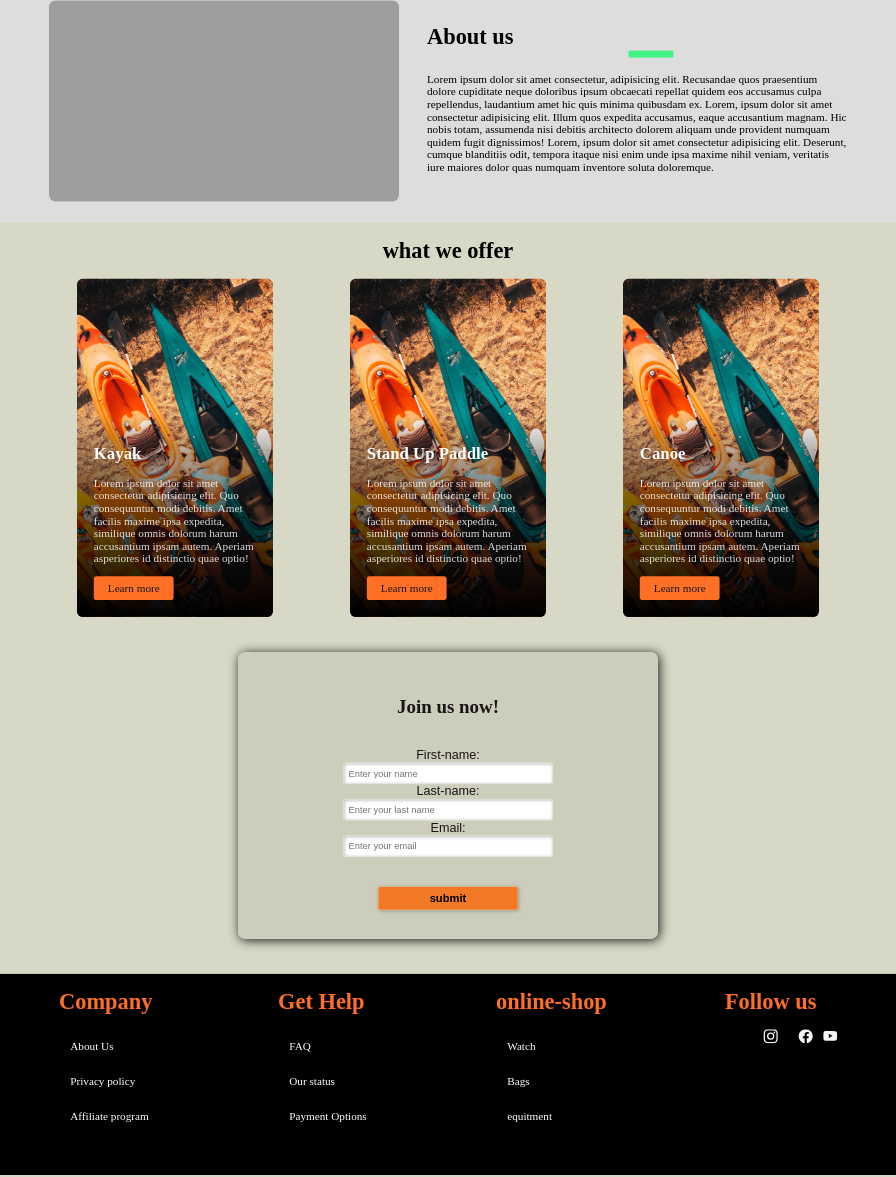
Repository: joseluis2289/Responsive-club-website
Page: index.html
The author's editor kept a copy of each file at every save. The page is drawn from the files as they stood at one save, then again after the next save.
The browser window is 1280 px wide. The pictures show the part of the page from y = 1015 to 2935 px (the page is 2696 px tall before and 2935 px after), at 70% of full size.
Pictures or frames that could not be fetched are drawn as grey boxes. Some web fonts or font styles are not loaded; a fallback is used.

Above is the page before, as saved 2021-08-25 00:38:42.

After the next save:
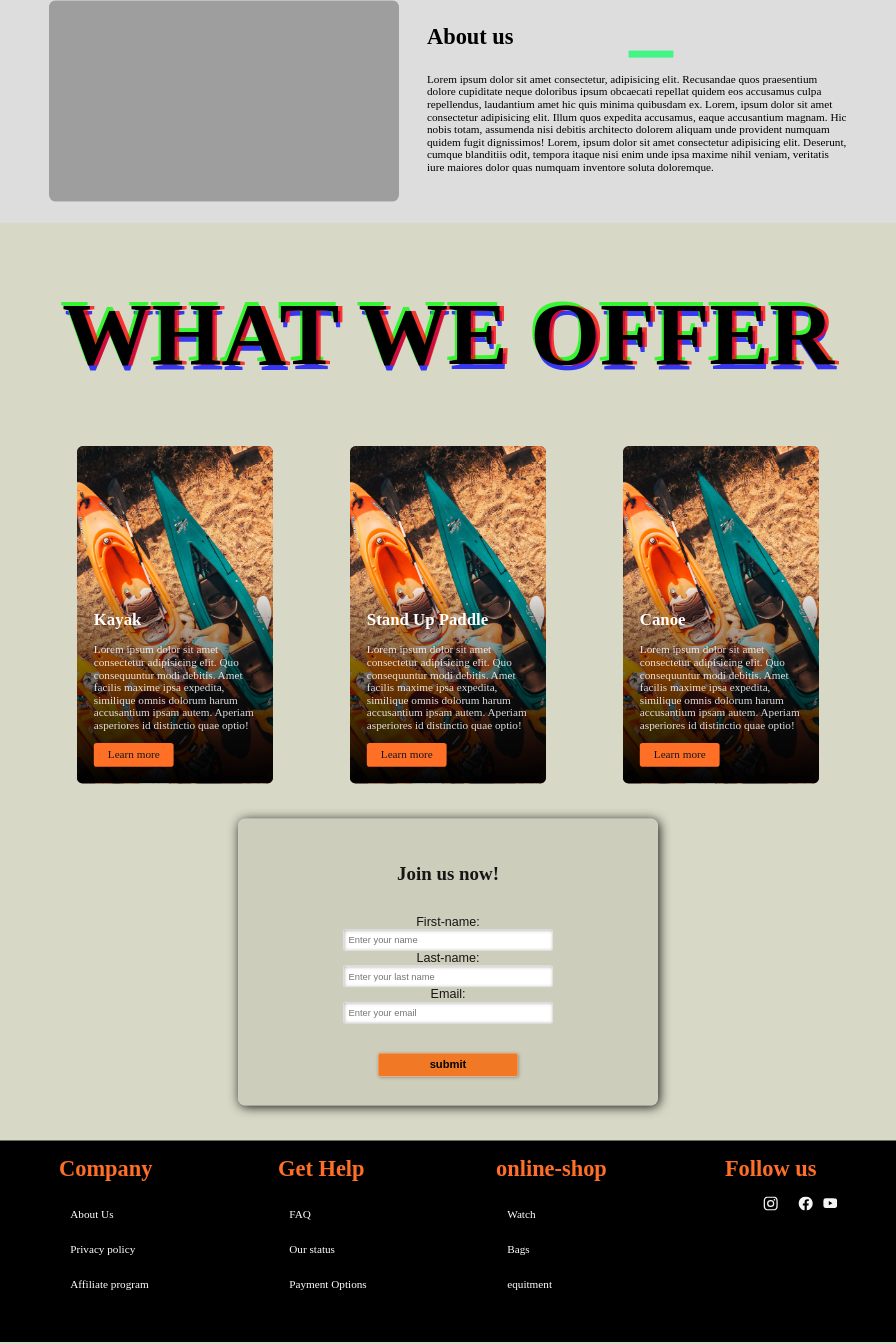
Saved 9 h 20 min later.
--- a/style.css
+++ b/style.css
@@ -223,6 +223,46 @@ position: relative;
 .tittle-what-we-offer{
     text-align: center;
     font-family: 'Rampart One', cursive;
+    font-size: 8rem;
+    text-transform: uppercase;
+
+    text-shadow: 0.05em 0 0 rgba(255, 0,0, 0.75),
+    -0.025em -0.05em 0 rgba(0, 255, 0, 0.75),
+    0.025em 0.05em 0 rgba(0, 0, 255, 0.75);
+    animation: glitch 500ms infinite;
+}
+
+@keyframes glitch {
+    0%{
+        text-shadow: 0.05em 0 0 rgba(255, 0,0, 0.75),
+        -0.025em -0.05em 0 rgba(0, 255, 0, 0.75),
+        0.025em 0.05em 0 rgba(0, 0, 255, 0.75);
+    }
+    15%{
+        text-shadow: 0.05em 0 0 rgba(255, 0,0, 0.75),
+        -0.025em -0.05em 0 rgba(0, 255, 0, 0.75),
+        0.025em 0.05em 0 rgba(0, 0, 255, 0.75);
+    }
+    16%{
+        text-shadow: -0.05em -0.025 rgba(255, 0,0, 0.75),
+        0.025em 0.05em 0 rgba(0, 255, 0, 0.75),
+        -0.05em 0.05em 0 rgba(0, 0, 255, 0.75);
+    }
+    49%{
+        text-shadow: -0.05em -0.025 rgba(255, 0,0, 0.75),
+        0.025em 0.05em 0 rgba(0, 255, 0, 0.75),
+        -0.025em -0.05em 0 rgba(0, 0, 255, 0.75);
+    }
+    50%{
+        text-shadow: 0.05em 0.025 rgba(255, 0,0, 0.75),
+        0.025em 0.05em 0 rgba(0, 255, 0, 0.75),
+        0.025em 0.05em 0 rgba(0, 0, 255, 0.75);
+    }
+    100%{
+        text-shadow: 0.05em 0.025 rgba(255, 0,0, 0.75),
+        0.025em 0.05em 0 rgba(0, 255, 0, 0.75),
+        0.025em 0.05em 0 rgba(0, 0, 255, 0.75);
+    }
 }
 
 .card-container{
